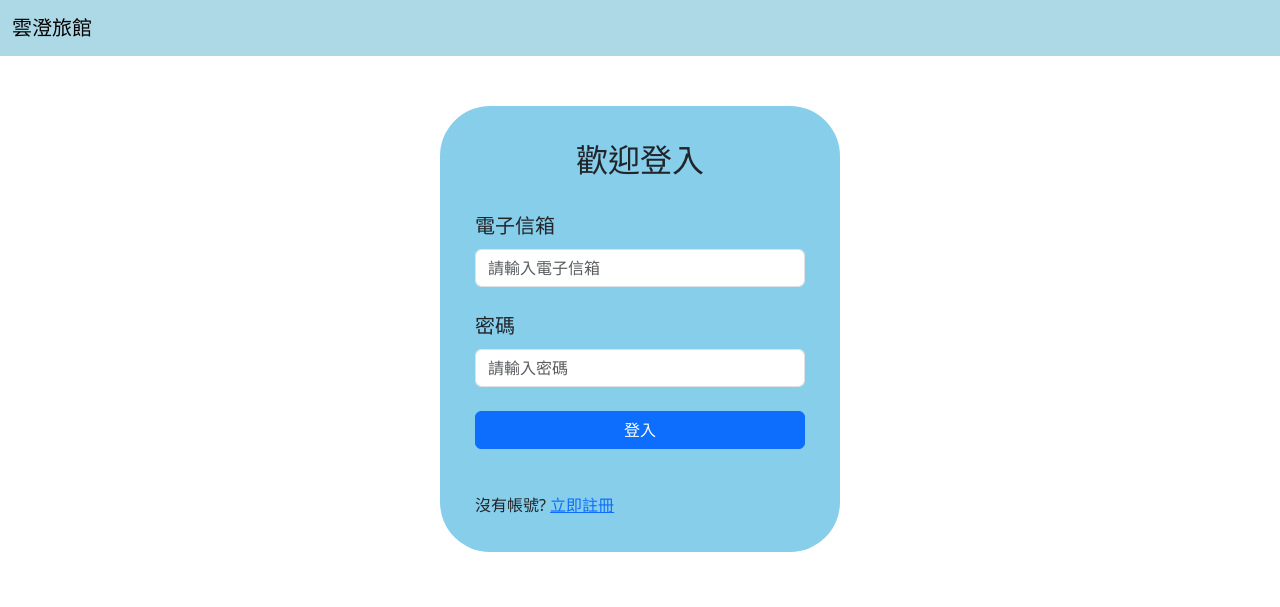
Repository: f97022/EEIT90
Page: http://localhost/CloudSerenityHotel/static/login.jsp
These files come from the project's save history. The page is drawn as it stood at one moment and after the next save; the edit follows.
The browser window is 1280 px wide. The pictures show the whole page.
The page is served by Tomcat 10. Nobody is signed in. The application's start-up code is not run. Other server files are loaded and not shown.

Above is the page before, as saved 2024-11-24 10:02:04.

### project/CloudSerenityHotel/src/main/webapp/static/login.jsp
<%@ page language="java" contentType="text/html; charset=UTF-8"
	pageEncoding="UTF-8"%>
<!DOCTYPE html>
<html lang="zh-tw">

<head>
	<meta charset="UTF-8" />
	<meta name="viewport" content="width=device-width, initial-scale=1.0" />
	<title>雲澄旅館-登入會員</title>
	<link href="https://cdn.jsdelivr.net/npm/bootstrap@5.3.3/dist/css/bootstrap.min.css" rel="stylesheet"
		integrity="sha384-QWTKZyjpPEjISv5WaRU9OFeRpok6YctnYmDr5pNlyT2bRjXh0JMhjY6hW+ALEwIH" crossorigin="anonymous" />
	<link rel="stylesheet" href="https://cdnjs.cloudflare.com/ajax/libs/font-awesome/6.7.1/css/all.min.css">
	<style>
		.login {
			margin: auto;
			padding: 50px 0;
			display: flex;
			justify-content: center;
		}

		.loginform {
			padding: 35px 35px;
			width: 400px;
			display: block;
			border-radius: 50px;
			background-color: skyblue;
		}

		.nav-bgc {
			background-color: lightblue;
		}

		#errorMessage {
			padding: 10px 0;
			margin: 0;
			color: #c70000;
			font-weight: bold;
			visibility: hidden;
			text-align: center;
		}
	</style>
</head>

<body>
	<nav class="navbar navbar-light nav-bgc">
		<div class="container-fluid">
			<a class="navbar-brand" href="#">雲澄旅館</a>
		</div>
	</nav>
	<div class="login container">
		<form class="loginform" method="post" action="/user/login">
			<center>
				<h2>歡迎登入</h2>
			</center>
			<br /> <label for="Email" class="form-label fs-5">電子信箱</label> <input type="email" class="form-control" id="Email"
				placeholder="請輸入電子信箱" required /> <br /> <label for="Password" class="form-label fs-5">密碼</label>
			<input type="password" class="form-control" id="Password" placeholder="請輸入密碼" minlength="8" maxlength="64"
				required /> <br />
			<div class="d-grid gap-2 mx-auto">
				<button type="submit" class="btn btn-primary">登入</button>
			</div>
			<p id="errorMessage">
				<i class="fa-solid fa-circle-xmark"></i>
				<%
				String errorMessage = (String) request.getAttribute("errorMessage");
				if (errorMessage != null) {
					out.print(errorMessage);
				}
				%>
			</p>
			<span style='text-align: center'>沒有帳號? </span><a href="register.html">立即註冊</a>
		</form>
	</div>

	<script src="https://cdn.jsdelivr.net/npm/bootstrap@5.3.3/dist/js/bootstrap.bundle.min.js"
		integrity="sha384-YvpcrYf0tY3lHB60NNkmXc5s9fDVZLESaAA55NDzOxhy9GkcIdslK1eN7N6jIeHz" crossorigin="anonymous">
	</script>
	<script src="https://code.jquery.com/jquery-3.7.1.js" integrity="sha256-eKhayi8LEQwp4NKxN+CfCh+3qOVUtJn3QNZ0TciWLP4="
		crossorigin="anonymous"></script>
	<script>
		$(document).ready(function () {
			showErrorMsg(); // 在頁面加載時執行
		});

		function showErrorMsg() {
			let msg = $('#errorMessage').text().trim(); // 取得錯誤訊息
			if (msg.length > 0) { // 如果訊息不為空，顯示錯誤訊息
				$('#errorMessage').css('visibility', 'visible');
			} else { // 如果沒有訊息，隱藏錯誤訊息
				$('#errorMessage').css('visibility', 'hidden');
			}
		}
	</script>
</body>

</html>

After the next save:
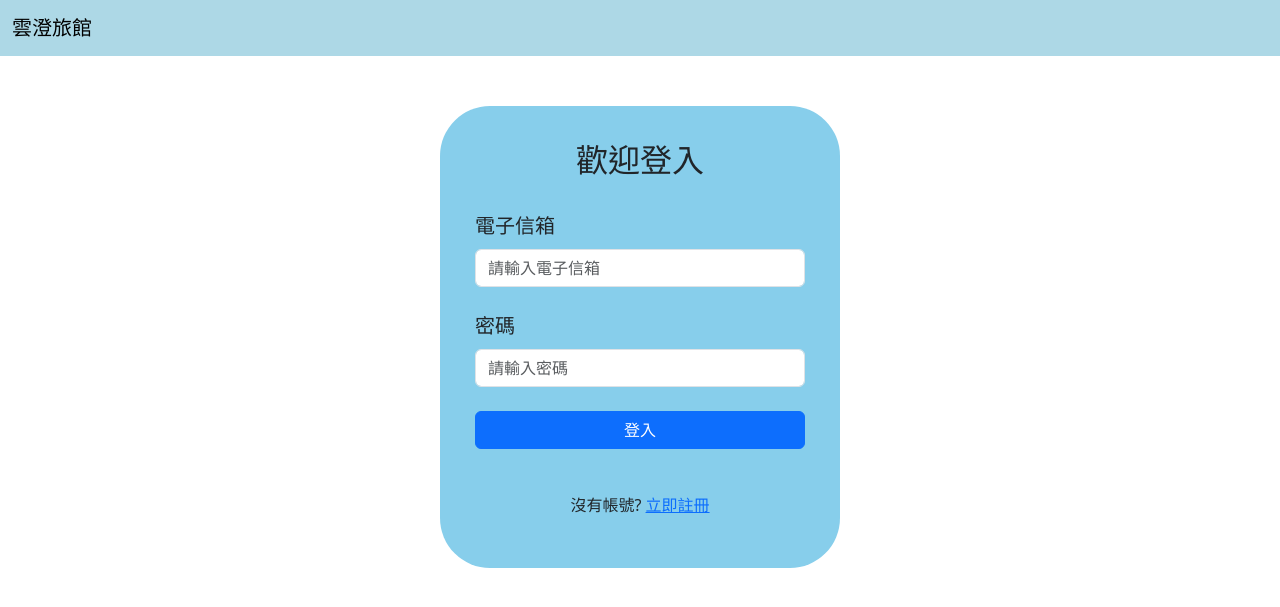
Saved 45 s later.
--- a/project/CloudSerenityHotel/src/main/webapp/static/login.jsp
+++ b/project/CloudSerenityHotel/src/main/webapp/static/login.jsp
@@ -68,7 +68,7 @@
 				}
 				%>
 			</p>
-			<span style='text-align: center'>沒有帳號? </span><a href="register.html">立即註冊</a>
+			<p style='text-align: center;'>沒有帳號? <a href="register.html">立即註冊</a></p>
 		</form>
 	</div>
 
